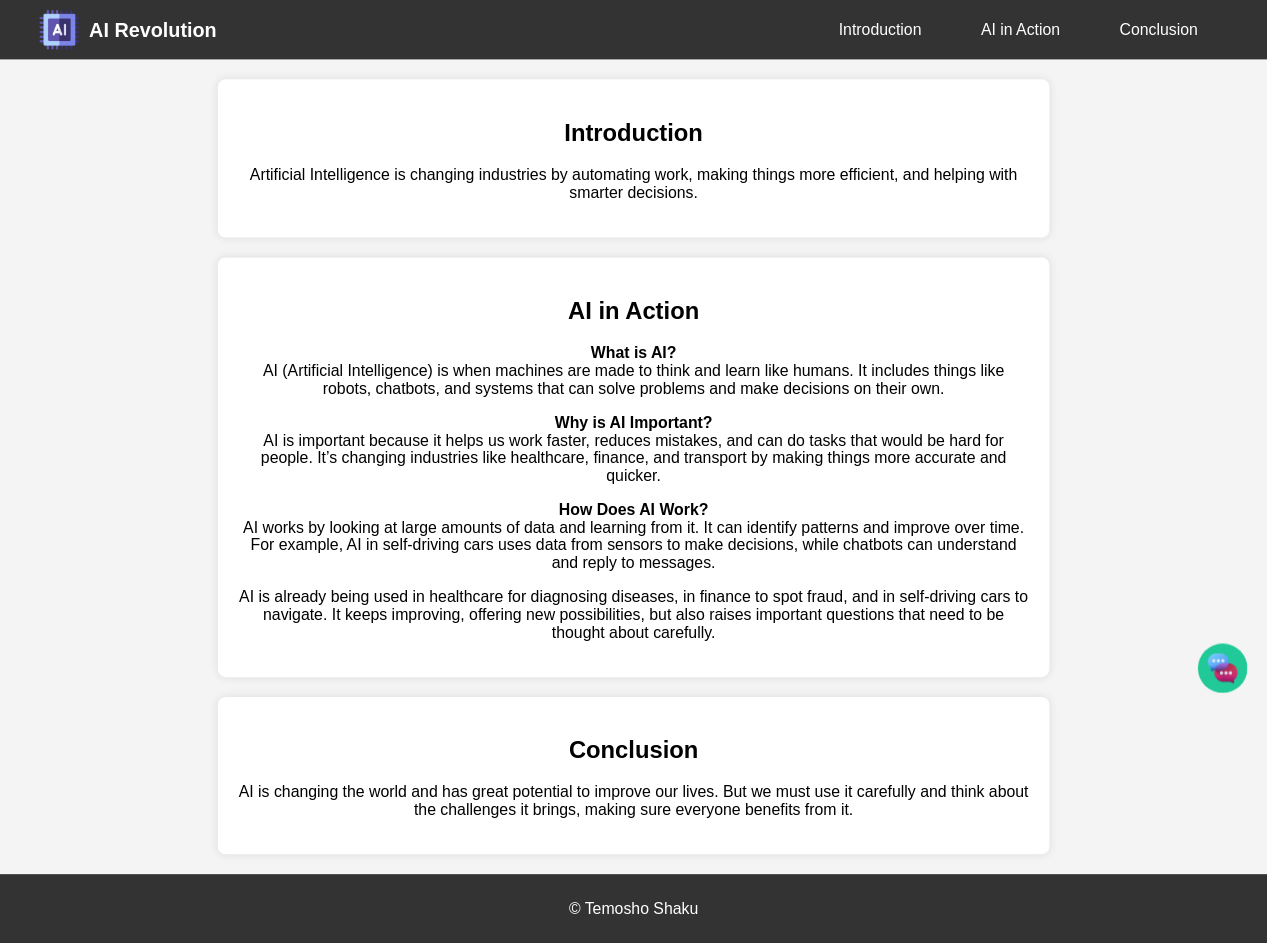
Repository: TemoshoS/ai
Page: index.html
These files come from the project's save history. The page is drawn as it stood at one moment and after a run of saves; the edit follows.
The browser window is 1280 px wide. The pictures show the whole page, at 99% of full size.

Above is the page before, as saved 2025-02-17 11:16:00.

### index.html
<!DOCTYPE html>
<html lang="en">
<head>
    <meta charset="UTF-8">
    <meta name="viewport" content="width=device-width, initial-scale=1.0">
    <title>AI Revolution</title>
    <link rel="stylesheet" href="styles.css">
</head>
<body>

    <nav>
        <div class="nav-container">
            <div class="logo">
                <img src="./ai.png" alt="AI Logo">
                <span>AI Revolution</span>
            </div>
            <ul class="nav-links">
                <li><a href="#intro">Introduction</a></li>
                <li><a href="#body">AI in Action</a></li>
                <li><a href="#conclusion">Conclusion</a></li>
            </ul>
        </div>
    </nav>

    <section id="intro">
        <h2>Introduction</h2>
        <p>Artificial Intelligence is changing industries by automating work, making things more efficient, and helping with smarter decisions.</p>
    </section>

    <section id="body">
        <h2>AI in Action</h2>
        <p><strong>What is AI?</strong><br>AI (Artificial Intelligence) is when machines are made to think and learn like humans. It includes things like robots, chatbots, and systems that can solve problems and make decisions on their own.</p>

        <p><strong>Why is AI Important?</strong><br>AI is important because it helps us work faster, reduces mistakes, and can do tasks that would be hard for people. It’s changing industries like healthcare, finance, and transport by making things more accurate and quicker.</p>

        <p><strong>How Does AI Work?</strong><br>AI works by looking at large amounts of data and learning from it. It can identify patterns and improve over time. For example, AI in self-driving cars uses data from sensors to make decisions, while chatbots can understand and reply to messages.</p>

        <p>AI is already being used in healthcare for diagnosing diseases, in finance to spot fraud, and in self-driving cars to navigate. It keeps improving, offering new possibilities, but also raises important questions that need to be thought about carefully.</p>
    </section>

    <div id="chatbot">


        <!-- Chat Icon -->
        <div id="chatIcon">
            <img src="./speech-bubble.png" alt="Chat" />
        </div>

        <!-- Chat Box -->
        <div id="chatBox">
            <div class="chat-header">
                <span>AI Chat</span>
                <button id="closeChat">&times;</button>
            </div>
            <div class="chat-body">
                <p>Welcome! Ask me anything.</p>
            </div>
            <input type="text" id="chatInput" placeholder="Type your message...">
            <button id="sendChat">Send</button>
        </div>
    </div>


    <section id="conclusion">
        <h2>Conclusion</h2>
        <p>AI is changing the world and has great potential to improve our lives. But we must use it carefully and think about the challenges it brings, making sure everyone benefits from it.</p>
    </section>


    <footer>
        <p>&copy; Temosho Shaku</p>
    </footer>

    <script src="script.js"></script>
</body>
</html>

### styles.css
body {
    font-family: Arial, sans-serif;
    margin: 0;
    padding: 0;
    background-color: #f4f4f4;
    text-align: center;
}

/* NAVIGATION BAR */
nav {
    background: #333;
    padding: 10px 20px;
}

.nav-container {
    display: flex;
    justify-content: space-between;
    align-items: center;
    max-width: 1200px;
    margin: auto;
}

.logo {
    display: flex;
    align-items: center;
}

.logo img {
    width: 40px;
    height: 40px;
    margin-right: 10px;
}

.logo span {
    font-size: 20px;
    color: white;
    font-weight: bold;
}

.nav-links {
    list-style: none;
    display: flex;
    margin: 0;
    padding: 0;
}

.nav-links li {
    margin: 0 15px;
}

.nav-links li a {
    color: white;
    text-decoration: none;
    padding: 10px 15px;
    display: block;
}

.nav-links li a:hover {
    background-color: #20C997;
    border-radius: 5px;
}

/* CONTENT */
section {
    padding: 20px;
    max-width: 800px;
    margin: auto;
    background: white;
    margin-top: 20px;
    border-radius: 8px;
    box-shadow: 0px 0px 10px rgba(0, 0, 0, 0.1);
}

/* AI CHAT */
input {
    padding: 10px;
    width: 80%;
    border: 1px solid #ccc;
    border-radius: 5px;
    margin-top: 10px;
}

button {
    background-color: #20C997;
    color: white;
    padding: 10px 20px;
    border: none;
    font-size: 16px;
    cursor: pointer;
    margin-top: 10px;
    border-radius: 5px;
}

button:hover {
    background-color: #17a589;
}

#aiResponse {
    font-weight: bold;
    color: #333;
    margin-top: 15px;
}
/* Chat Icon */
#chatIcon {
    position: fixed;
    bottom: 20px;
    right: 20px;
    background-color: #20C997;
    width: 50px;
    height: 50px;
    border-radius: 50%;
    display: flex;
    justify-content: center;
    align-items: center;
    cursor: pointer;
}

#chatIcon img {
    width: 30px;
    height: 30px;
}

/* Chat Box */
#chatBox {
    position: fixed;
    bottom: 80px;
    right: 20px;
    width: 300px;
    background: white;
    box-shadow: 0px 0px 10px rgba(0, 0, 0, 0.2);
    border-radius: 8px;
    display: none;
    flex-direction: column;
}

.chat-header {
    background: #20C997;
    color: white;
    padding: 10px;
    display: flex;
    justify-content: space-between;
    align-items: center;
    font-weight: bold;
}

.chat-header button {
    background: none;
    border: none;
    color: white;
    font-size: 20px;
    cursor: pointer;
}

.chat-body {
    padding: 10px;
    max-height: 200px;
    overflow-y: auto;
}

#chatInput {
    width: 80%;
    padding: 10px;
    border: 1px solid #ccc;
    border-radius: 5px;
    margin: 10px;
}

#sendChat {
    background-color: #20C997;
    color: white;
    padding: 10px;
    border: none;
    cursor: pointer;
    border-radius: 5px;
}


/* FOOTER */
footer {
    margin-top: 20px;
    background-color: #333;
    color: white;
    padding: 10px;
}

### script.js
document.getElementById("chatIcon").addEventListener("click", function () {
    document.getElementById("chatBox").style.display = "flex";
});

document.getElementById("closeChat").addEventListener("click", function () {
    document.getElementById("chatBox").style.display = "none";
});

document.getElementById("sendChat").addEventListener("click", function () {
    let userInput = document.getElementById("chatInput").value.trim();
    let chatBody = document.querySelector(".chat-body");

    if (!userInput) {
        alert("Please enter a message!");
        return;
    }

    // Display user message
    let userMessage = document.createElement("p");
    userMessage.style.textAlign = "right";
    userMessage.style.color = "#20C997";
    userMessage.innerText = "You: " + userInput;
    chatBody.appendChild(userMessage);

    document.getElementById("chatInput").value = "";

    // Simulate AI response
    setTimeout(() => {
        let fakeResponses = [
            "AI helps automate repetitive tasks.",
            "Machine learning enables computers to learn from data.",
            "AI is used in chatbots, self-driving cars, and healthcare.",
            "AI raises ethical concerns, including bias and job automation.",
            "AI can improve cybersecurity by detecting threats."
        ];

        let randomResponse = fakeResponses[Math.floor(Math.random() * fakeResponses.length)];

        let aiMessage = document.createElement("p");
        aiMessage.style.textAlign = "left";
        aiMessage.style.color = "#333";
        aiMessage.innerText = "AI: " + randomResponse;
        chatBody.appendChild(aiMessage);

        chatBody.scrollTop = chatBody.scrollHeight;
    }, 1500);
});

After the next 2 saves:
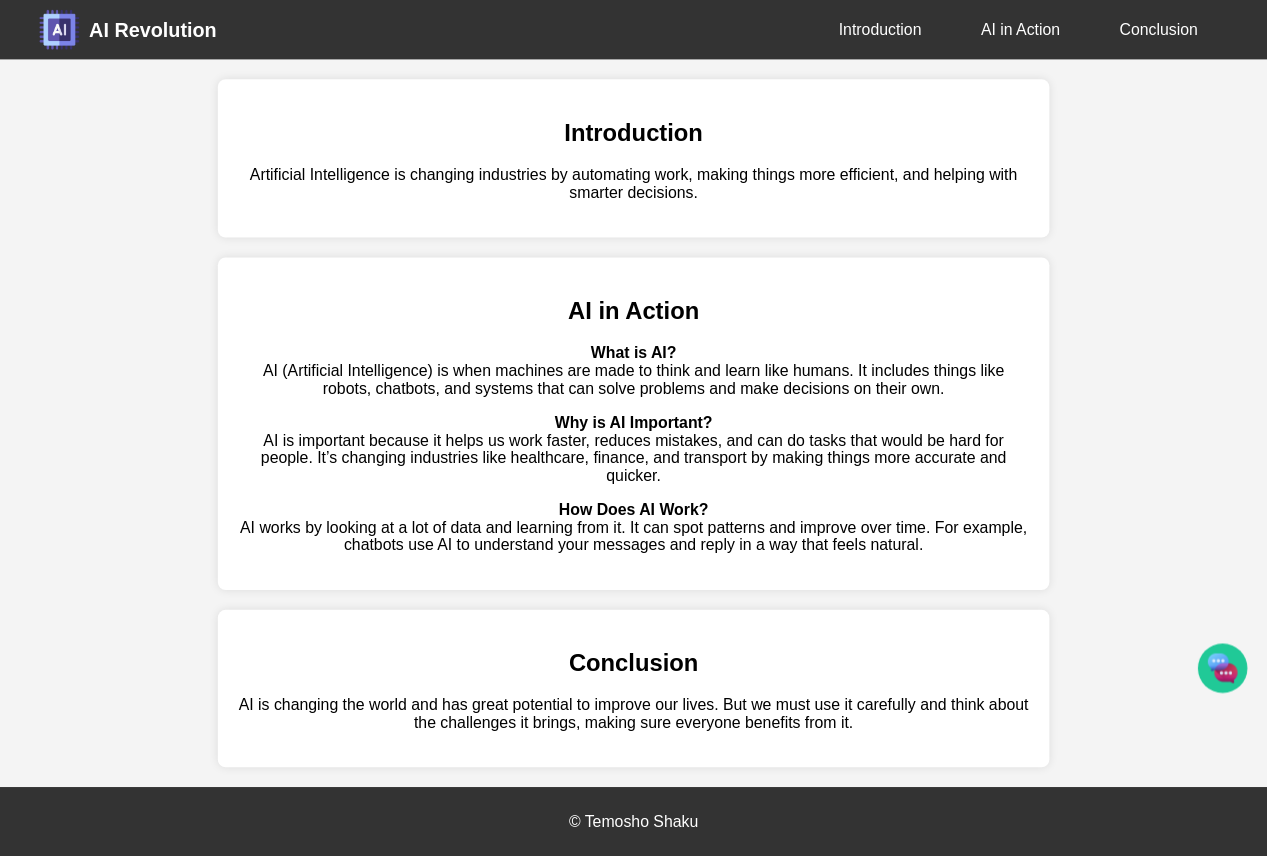
The 2 saves are shown as one change because they came seconds apart.
The last was saved 2 min 50 s later.
--- a/index.html
+++ b/index.html
@@ -33,9 +33,8 @@
 
         <p><strong>Why is AI Important?</strong><br>AI is important because it helps us work faster, reduces mistakes, and can do tasks that would be hard for people. It’s changing industries like healthcare, finance, and transport by making things more accurate and quicker.</p>
 
-        <p><strong>How Does AI Work?</strong><br>AI works by looking at large amounts of data and learning from it. It can identify patterns and improve over time. For example, AI in self-driving cars uses data from sensors to make decisions, while chatbots can understand and reply to messages.</p>
+        <p><strong>How Does AI Work?</strong><br>AI works by looking at a lot of data and learning from it. It can spot patterns and improve over time. For example, chatbots use AI to understand your messages and reply in a way that feels natural.</p>
 
-        <p>AI is already being used in healthcare for diagnosing diseases, in finance to spot fraud, and in self-driving cars to navigate. It keeps improving, offering new possibilities, but also raises important questions that need to be thought about carefully.</p>
     </section>
 
     <div id="chatbot">
